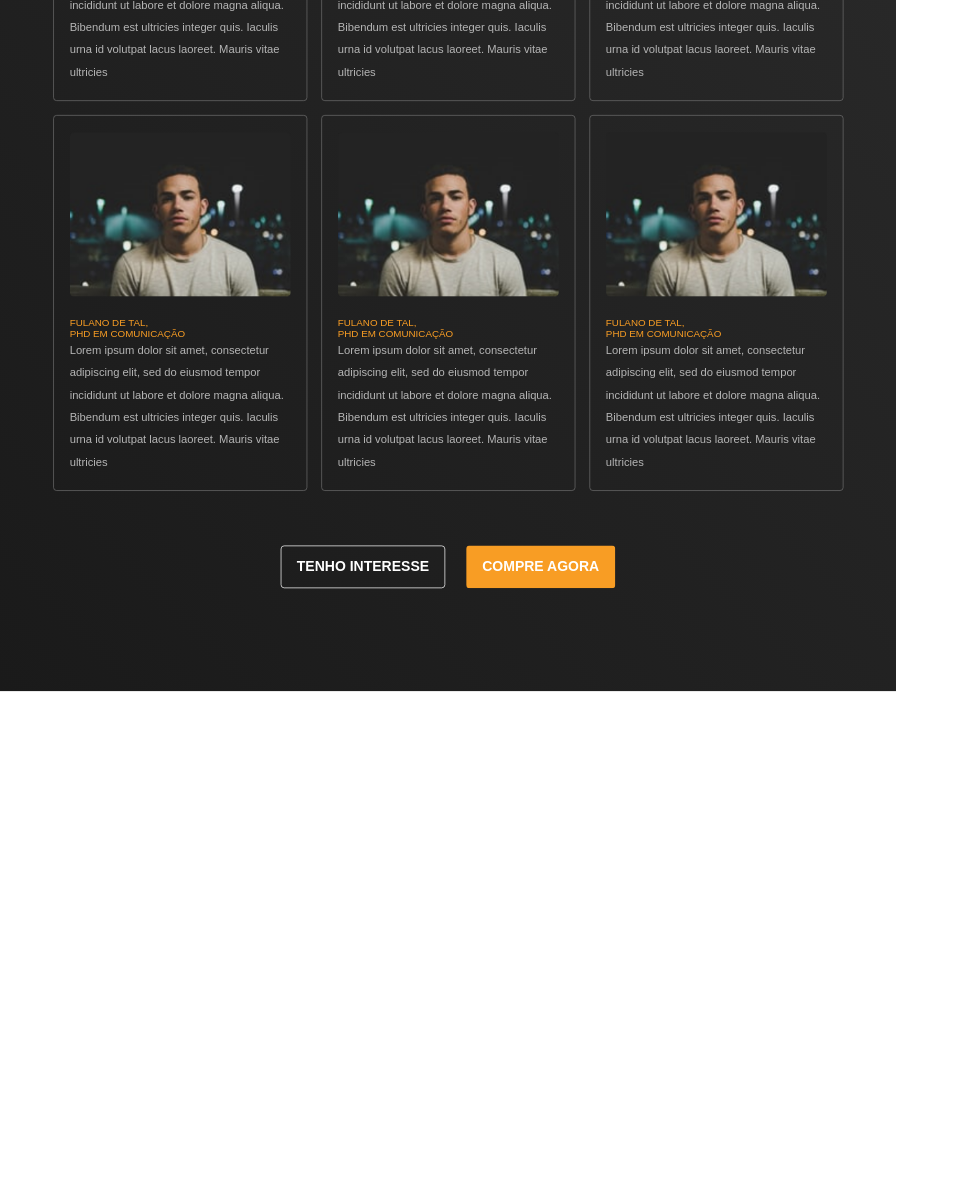
Repository: Rafael-Araujo-dev/Treinamento-Raccoon
Page: Projeto-2/index.html
An editor plug-in stored every save of this project. The page is shown before and after the next save, followed by the edit.
The browser window is 1280 px wide. The page is 1280 px wide, then 1366 px, so the pictures cover 1366 px, including what lies to the right of the window. The pictures show the part of the page from y = 3015 to 4775 px (the page is 4723 px tall before and 4775 px after), at 70% of full size.
Backgrounds fixed to the window are drawn as part of the page. Some web fonts or font styles are not loaded; a fallback is used.

Above is the page before, as saved 2021-09-30 09:57:52.

### Projeto-2/index.html
<!DOCTYPE html>
<html>
    <head>
        <title></title>
        <meta charset="utf-8"/>
        <meta name="viewport" content="width=device-width,initial-scale=1.0,maximum-scale=1.0">
        <link rel="preconnect" href="https://fonts.googleapis.com">
        <link rel="preconnect" href="https://fonts.gstatic.com" crossorigin>
        <link href="https://fonts.googleapis.com/css2?family=Yantramanav:wght@300;400;700&display=swap" rel="stylesheet">
        <link rel="stylesheet" href="https://use.fontawesome.com/releases/v5.15.4/css/all.css" integrity="sha384-DyZ88mC6Up2uqS4h/KRgHuoeGwBcD4Ng9SiP4dIRy0EXTlnuz47vAwmeGwVChigm" crossorigin="anonymous">
        <link rel="stylesheet" href="css/style.css"/>
    </head>
    <body>
        <section class="hero-section">
            <div class="hero-header">
                <img class="logo" src="images/LOGOSYNAPSE_simbolo_laranja.png"/>
            </div>
            <div class="hero-container">
                <div class="hero-title">
                    Lorem ipsum dolor sit amet,<br>
                    consectetur adipiscing elit
                </div>
                <div class="hero-text">
                    Lorem ipsum dolor sit amet, consectetur adipiscing elit, sed do eiusmod tempor incididunt ut labore et dolore
                </div>
            </div>
            <div class="hero-btn-group">
                <button class="btn secondary">
                    Tenho interesse
                </button>
                <button class="btn primary">
                    Comprar agora
                </button>
            </div>
        </section>

        <section class="course-summary">
            <div class="container">
                <div class="col m">
                    <span class="rectangule"></span>
                    <span class="title">
                        Sem<br>clientes?
                    </span>
                    <div class="text">
                        <strong>Esta seção visa explicar resumidamente o curso.</strong>
                        <br>
                        Lorem ipsum dolor sit amet, consectetur adipiscing elit, sed do eiusmod tempor incididunt ut labore et dolore magna aliqua. Bibendum est ultricies integer quis. Iaculis urna id volutpat lacus laoreet. Mauris vitae ultricies leo integer malesuada. Ac odio tempor
                    </div>
                    <div class="btn-group">
                        <button class="btn secondary">
                            Tenho interesse
                        </button>
                        <button class="btn primary">
                            Comprar agora
                        </button>
                    </div>
                </div>
                <div class="col l">
                    <div class="card-container">
                        <div class="card-item">
                            <div class="container">
                                <div class="card-image">
                                    <img src="./images/Oratória Digital Logo-1.png"/>
                                </div>
                                <div class="card-description">
                                    <div class="card-title">
                                        Objetivo
                                    </div>
                                    <div class="card-text">
                                        Lorem ipsum dolor sit amet, consectetur adipiscing elit, sed do eiusmod tempor incididunt
                                    </div>
                                </div>
                            </div>
                        </div>
                        <div class="card-item">
                            <div class="container">
                                <div class="card-image">
                                    <img src="./images/Oratória Digital Logo-1.png"/>
                                </div>
                                <div class="card-description">
                                    <div class="card-title">
                                        Competências
                                    </div>
                                    <div class="card-text">
                                        Lorem ipsum dolor sit amet, consectetur adipiscing elit, sed do eiusmod tempor incididunt
                                    </div>
                                </div>
                            </div>
                        </div>
                        <div class="card-item">
                            <div class="container">
                                <div class="card-image">
                                    <img src="./images/Oratória Digital Logo-1.png"/>
                                </div>
                                <div class="card-description">
                                    <div class="card-title">
                                        Metodologia
                                    </div>
                                    <div class="card-text">
                                        Lorem ipsum dolor sit amet, consectetur adipiscing elit, sed do eiusmod tempor incididunt
                                    </div>
                                </div>
                            </div>
                        </div>
                        <div class="card-item">
                            <div class="container">
                                <div class="card-image">
                                    <img src="./images/Oratória Digital Logo-1.png"/>
                                </div>
                                <div class="card-description">
                                    <div class="card-title">
                                        Professores
                                    </div>
                                    <div class="card-text">
                                        Lorem ipsum dolor sit amet, consectetur adipiscing elit, sed do eiusmod tempor incididunt
                                    </div>
                                </div>
                            </div>
                        </div>
                    </div>
                </div>
                <center>
                    <div class="btn-group mobile">
                        <button class="btn secondary">
                            Tenho interesse
                        </button>
                        <button class="btn primary">
                            Comprar agora
                        </button>
                    </div>
                </center>
            </div>
        </section>

        <section class="take-course">
            <div class="container">
                <div class="text">
                    Chegou a sua hora de brilhar <br>lorem ipsum dolor sit amet
                </div>
                <div class="card">
                    <div class="text">
                        R$ 5.000,00
                    </div>
                    <button class="btn white">
                        Fazer o curso
                    </button>
                </div>
            </div>
        </section>

        <section class="course-skills">
            <div class="container desktop">
                <div class="menu">
                    <ul class="items">
                       <li class="item active">
                           Competência 1
                           <div class="bar active"></div>
                       </li>
                       <li class="item">
                        Competência 2
                        <div class="bar disabled"></div>
                        </li>
                        <li class="item">
                            Competência 3
                            <div class="bar disabled"></div>
                        </li>
                        <li class="item">
                            Competência 4
                            <div class="bar disabled"></div>
                        </li>
                    </ul>
                </div>
                <div class="description">
                    <div class="text">
                        <strong>Esta seção visa explicar as competências que os alunos possuirão uma vez que concluírem o curso.</strong> Lorem ipsum dolor sit amet, consectetur adipiscing elit, sed do eiusmod tempor incididunt ut labore et dolore magna aliqua. Bibendum est ultricies integer quis. Iaculis urna id volutpat lacus laoreet. Mauris.
                    </div>
                    <div class="btn-group">
                        <button class="btn primary">
                            Tenho interesse
                        </button>
                        <button class="btn secondary">
                            Compre agora
                        </button>
                    </div>
                </div>
            </div>
            <div class="container-mobile">
                <div class="title">
                    <!-- <span class="rectangule"></span> -->
                    O que você <br> Aprenderá
                </div>
                <div class="accordion">
                    <input id="competencia-1" type="checkbox" class="accordion-toggle" checked/>
                    <label for="competencia-1">
                        Competência 1
                    </label>
                    <section>
                        <p>
                            Lorem ipsum dolor sit amet, consectetur adipiscing elit, sed do eiusmod tempor incididunt ut labore et dolore magna aliqua. Bibendum est ultricies integer quis. Iaculis urna id volutpat lacus laoreet.
                        </p>
                    </section>
                </div>
                <div class="accordion">
                    <input id="competencia-2" type="checkbox" class="accordion-toggle"/>
                    <label for="competencia-2">
                        Competência 2
                    </label>
                    <section>
                        <p>
                            Lorem ipsum dolor sit amet, consectetur adipiscing elit, sed do eiusmod tempor incididunt ut labore et dolore magna aliqua. Bibendum est ultricies integer quis. Iaculis urna id volutpat lacus laoreet.
                        </p>
                    </section>
                </div>
                <div class="accordion">
                    <input id="competencia-3" type="checkbox" class="accordion-toggle"/>
                    <label for="competencia-3">
                        Competência 3
                    </label>
                    <section>
                        <p>
                            Lorem ipsum dolor sit amet, consectetur adipiscing elit, sed do eiusmod tempor incididunt ut labore et dolore magna aliqua. Bibendum est ultricies integer quis. Iaculis urna id volutpat lacus laoreet.
                        </p>
                    </section>
                </div>
                <div class="accordion">
                    <input id="competencia-4" type="checkbox" class="accordion-toggle"/>
                    <label for="competencia-4">
                        Competência 4
                    </label>
                    <section>
                        <p>
                            Lorem ipsum dolor sit amet, consectetur adipiscing elit, sed do eiusmod tempor incididunt ut labore et dolore magna aliqua. Bibendum est ultricies integer quis. Iaculis urna id volutpat lacus laoreet.
                        </p>
                    </section>
                </div>
                <div class="btn-group">
                    <button class="btn secondary">
                        Tenho interesse
                    </button>
                    <button class="btn primary">
                        Compre agora
                    </button>
                </div>
            </div>
        </section>

        <section class="our-teachers">
            <div class="container">
                <div class="header">
                    <span class="rectangule"></span>
                    <span class="title">
                        Nossos<br>Professores
                    </span>
                </div>

            <div class="card-container">
                <div class="card-item">
                    <div class="container">
                        <div class="card-image">
                            <img src="./images/Retângulo 27-1.png"/>
                        </div>
                        <div class="card-description">
                            <div class="card-title">
                                FULANO DE TAL,
                                <br>phd em comunicação
                            </div>
                            <div class="card-text">
                                Lorem ipsum dolor sit amet, consectetur adipiscing elit, sed do eiusmod tempor incididunt ut labore et dolore magna aliqua. Bibendum est ultricies integer quis. Iaculis urna id volutpat lacus laoreet. Mauris vitae ultricies
                            </div>
                        </div>
                    </div>
                </div>
                <div class="card-item">
                    <div class="container">
                        <div class="card-image">
                            <img src="./images/Retângulo 27-1.png"/>
                        </div>
                        <div class="card-description">
                            <div class="card-title">
                                FULANO DE TAL,
                                <br>phd em comunicação
                            </div>
                            <div class="card-text">
                                Lorem ipsum dolor sit amet, consectetur adipiscing elit, sed do eiusmod tempor incididunt ut labore et dolore magna aliqua. Bibendum est ultricies integer quis. Iaculis urna id volutpat lacus laoreet. Mauris vitae ultricies
                            </div>
                        </div>
                    </div>
                </div>
                <div class="card-item">
                    <div class="container">
                        <div class="card-image">
                            <img src="./images/Retângulo 27-1.png"/>
                        </div>
                        <div class="card-description">
                            <div class="card-title">
                                FULANO DE TAL,
                                <br>phd em comunicação
                            </div>
                            <div class="card-text">
                                Lorem ipsum dolor sit amet, consectetur adipiscing elit, sed do eiusmod tempor incididunt ut labore et dolore magna aliqua. Bibendum est ultricies integer quis. Iaculis urna id volutpat lacus laoreet. Mauris vitae ultricies
                            </div>
                        </div>
                    </div>
                </div>
                <div class="card-item">
                    <div class="container">
                        <div class="card-image">
                            <img src="./images/Retângulo 27-1.png"/>
                        </div>
                        <div class="card-description">
                            <div class="card-title">
                                FULANO DE TAL,
                                <br>phd em comunicação
                            </div>
                            <div class="card-text">
                                Lorem ipsum dolor sit amet, consectetur adipiscing elit, sed do eiusmod tempor incididunt ut labore et dolore magna aliqua. Bibendum est ultricies integer quis. Iaculis urna id volutpat lacus laoreet. Mauris vitae ultricies
                            </div>
                        </div>
                    </div>
                </div>
                <div class="card-item">
                    <div class="container">
                        <div class="card-image">
                            <img src="./images/Retângulo 27-1.png"/>
                        </div>
                        <div class="card-description">
                            <div class="card-title">
                                FULANO DE TAL,
                                <br>phd em comunicação
                            </div>
                            <div class="card-text">
                                Lorem ipsum dolor sit amet, consectetur adipiscing elit, sed do eiusmod tempor incididunt ut labore et dolore magna aliqua. Bibendum est ultricies integer quis. Iaculis urna id volutpat lacus laoreet. Mauris vitae ultricies
                            </div>
                        </div>
                    </div>
                </div>
                <div class="card-item">
                    <div class="container">
                        <div class="card-image">
                            <img src="./images/Retângulo 27-1.png"/>
                        </div>
                        <div class="card-description">
                            <div class="card-title">
                                FULANO DE TAL,
                                <br>phd em comunicação
                            </div>
                            <div class="card-text">
                                Lorem ipsum dolor sit amet, consectetur adipiscing elit, sed do eiusmod tempor incididunt ut labore et dolore magna aliqua. Bibendum est ultricies integer quis. Iaculis urna id volutpat lacus laoreet. Mauris vitae ultricies
                            </div>
                        </div>
                    </div>
                </div>
            </div>
            <div class="btn-group">
                <button class="btn secondary">
                    Tenho interesse
                </button>
                <button class="btn primary">
                    Compre agora
                </button>
            </div>
        </div>
        </section>

        <section class="opinions">
            <div class="carousel">

            </div>
        </section>
    </body>
</html>

Loaded but not shown: Projeto-2/css/style.css (796 lines, source omitted)

After the next save:
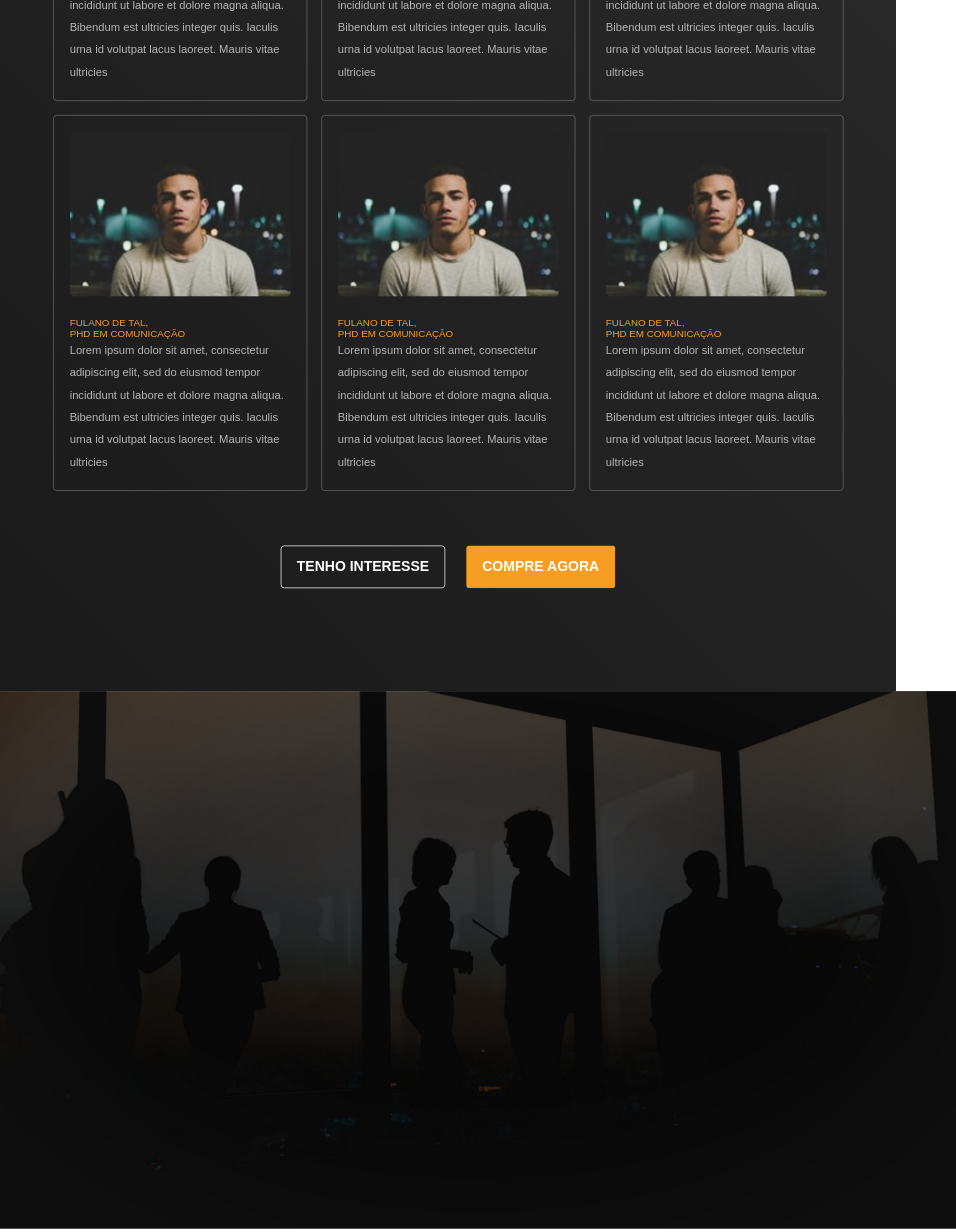
Saved 10 s later.
--- a/Projeto-2/index.html
+++ b/Projeto-2/index.html
@@ -364,7 +364,9 @@
 
         <section class="opinions">
             <div class="carousel">
-
+                <div class="carousel-item">
+                    <img src="./images/opinion.png"/>
+                </div>
             </div>
         </section>
     </body>
